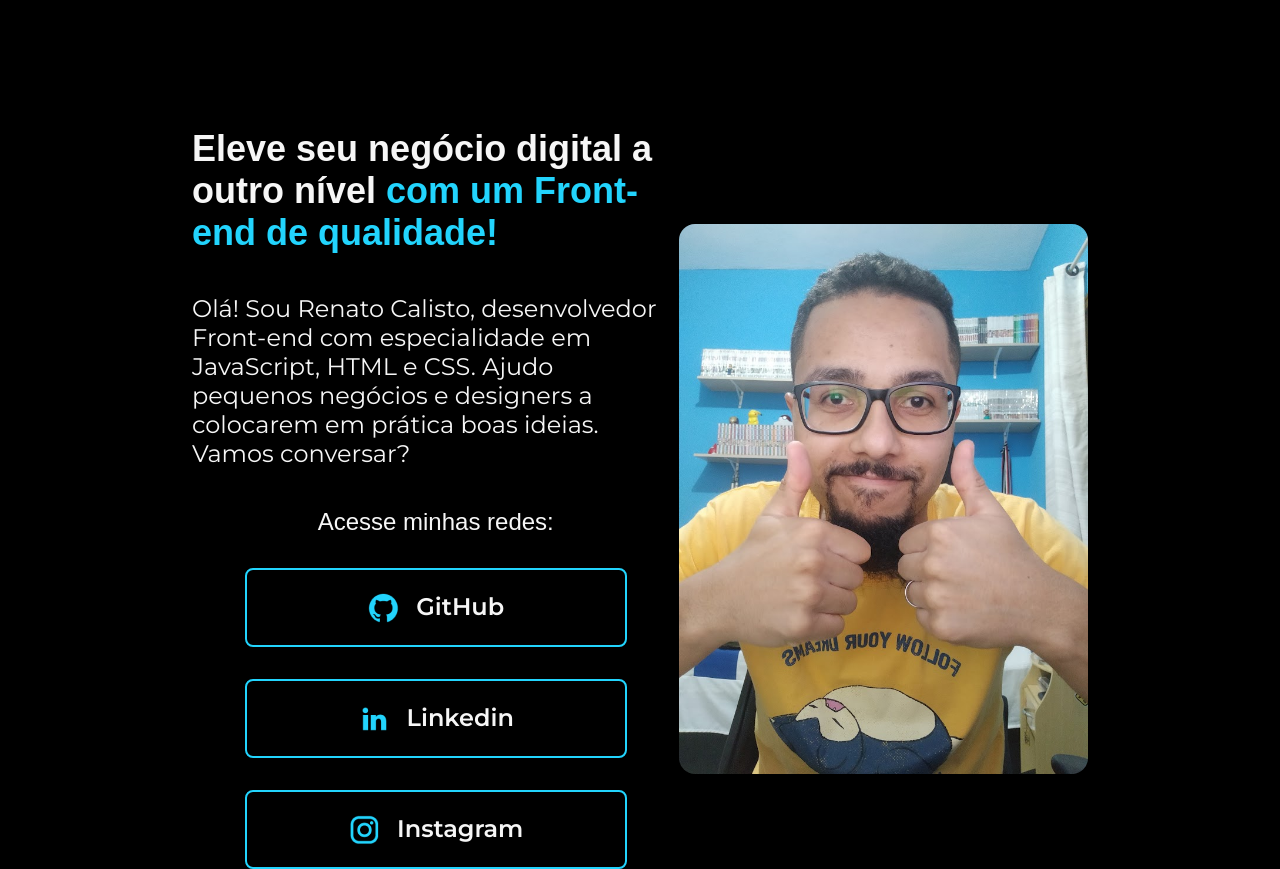
Repository: RenatoCCS/Portfolio_Alura
Page: index.html
The author's editor kept a copy of each file at every save. The page is drawn from the files as they stood at one save, then again after the next save.
The browser window is 1280 px wide. The pictures show the whole page.
The pointer rests on the first visible `.apresentacao__links__link`.
Some web fonts or font styles are not loaded; a fallback is used.

Above is the page before, as saved 2023-02-28 20:07:19.

### index.html
<!DOCTYPE html>
<html lang="pt-br">
  <head>
    <meta charset="UTF-8" />
    <meta http-equiv="X-UA-Compatible" content="IE=edge" />
    <meta name="viewport" content="width=device-width, initial-scale=1.0" />
    <title>Portfolio</title>
    <link rel="stylesheet" href="style.css" />
  </head>
  <body>
    <header></header>
    <main class="apresentacao">
      <section class="apresentacao__conteudo">
        <h1 class="apresentacao__conteudo__titulo">
          Eleve seu negócio digital a outro nível
          <strong class="titulo-destaque">
            com um Front-end de qualidade!
          </strong>
        </h1>
        <p class="apresentacao__conteudo__texto">
          Olá! Sou Renato Calisto, desenvolvedor Front-end com especialidade em
          JavaScript, HTML e CSS. Ajudo pequenos negócios e designers a
          colocarem em prática boas ideias. Vamos conversar?
        </p>
        <div class="apresentacao__links">
          <h2 class="apresentacao__links__subtitulo">Acesse minhas redes:</h2>

          <a
            class="apresentacao__links__link"
            href="https://github.com/RenatoCCS"
          >
            <img src="./assets/github.png" alt="Icone do github" />
            GitHub
          </a>

          <a
            class="apresentacao__links__link"
            href="https://www.linkedin.com/in/renatocalisto/"
          >
            <img src="./assets/linkedin.png" alt="Icone do linkedin" />
            Linkedin
          </a>

          <a
            class="apresentacao__links__link"
            href="https://www.instagram.com/reevoltz/"
          >
            <img src="./assets/instagram.png" alt="Icone do instagram" />
            Instagram
          </a>
        </div>
      </section>
      <img
        class="apresentacao__foto"
        src="./assets/renato.jpg"
        alt="Renato fazendo sinal de positivo com ambas as mãos"
      />
    </main>
    <footer></footer>
  </body>
</html>

### style.css
@import url('https://fonts.googleapis.com/css2?family=Krona+One&family=Montserrat:wght@400;600&display=swap');

* {
  margin: 0;
  padding: 0;
}

body {
  height: 100vh;
  box-sizing: border-box;
  background-color: #000000;
  color: #f6f6f6;
}

.titulo-destaque {
  color: #22d4fd;
}

.apresentacao {
  margin: 10% 15%;
  display: flex;
  align-items: center;
  justify-content: space-between;
}

.apresentacao__conteudo {
  width: 615px;
  display: flex;
  flex-direction: column;
  gap: 40px;
}

.apresentacao__conteudo__titulo {
  font-size: 36px;
  font-family: 'Krona One', sans-serif;
}

.apresentacao__conteudo__texto {
  font-size: 24px;
  font-family: 'Montserrat', sans-serif;
}

.apresentacao__links {
  display: flex;
  flex-direction: column;
  justify-content: space-between;
  align-items: center;
  gap: 32px;
}

.apresentacao__links__subtitulo {
  font-family: 'Krona One', sans-serif;
  font-weight: 400;
  font-size: 24px;
}

.apresentacao__links__link {
  /* background-color: #22d4fd; foi trocado o estilo*/
  display: flex;
  justify-content: center;
  gap: 16px;
  border: 2px solid #22d4fd;
  width: 378px;
  text-align: center;
  border-radius: 8px;
  font-size: 24px;
  font-weight: 600;
  padding: 21.5px 0;
  text-decoration: none;
  color: #f6f6f6;
  font-family: 'Montserrat', sans-serif;
}

/*Utilizei minha foto e fui adaptando de acordo com o tamanho da outra foto*/
.apresentacao__foto {
  height: 550px;
  width: 490px;
  left: 1032px;
  top: 253px;
  border-radius: 16px;
}

After the next save:
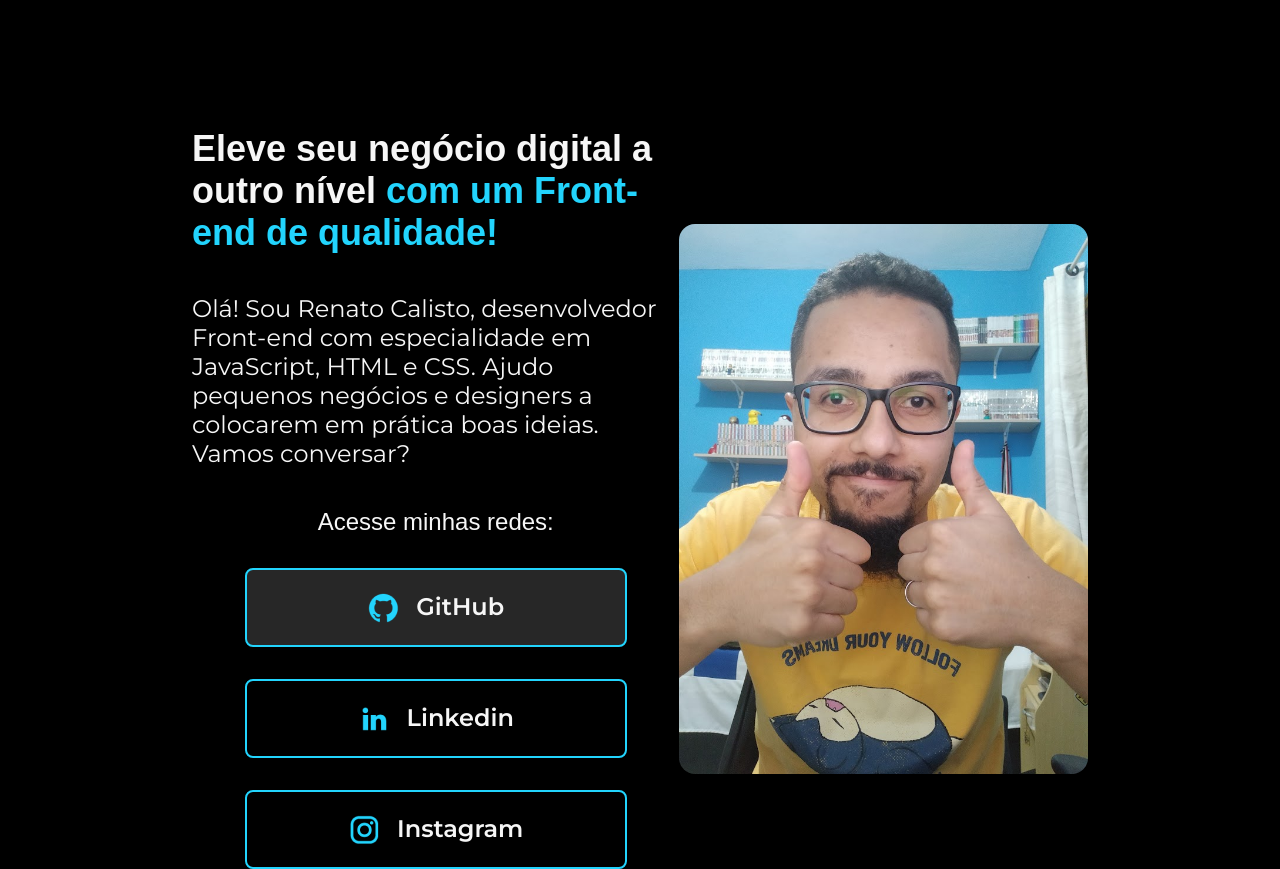
Saved 12 min 52 s later.
--- a/style.css
+++ b/style.css
@@ -71,6 +71,10 @@ body {
   font-family: 'Montserrat', sans-serif;
 }
 
+.apresentacao__links__link:hover {
+  background-color: #272727;
+}
+
 /*Utilizei minha foto e fui adaptando de acordo com o tamanho da outra foto*/
 .apresentacao__foto {
   height: 550px;
